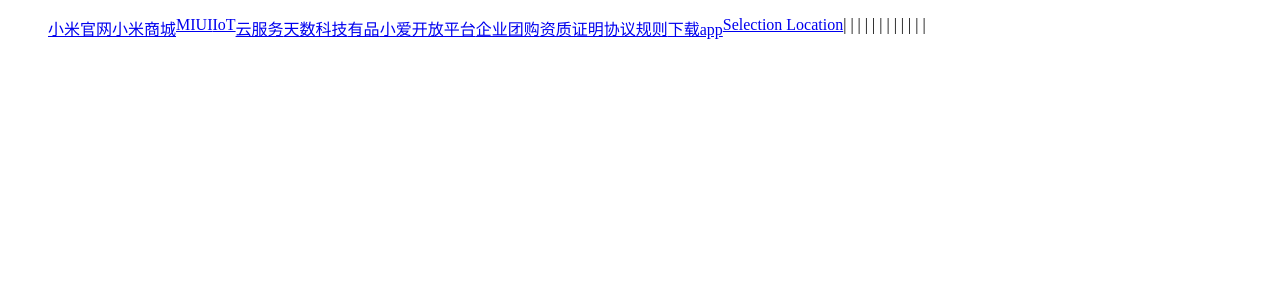
Repository: MonoYan/Mi-Homepage
Page: index.html
The author's editor kept a copy of each file at every save. The page is drawn from the files as they stood at one save, then again after a run of saves.
The browser window is 1280 px wide. The pictures show the whole page.

Above is the page before, as saved 2022-11-22 16:18:24.

After the next 3 saves:
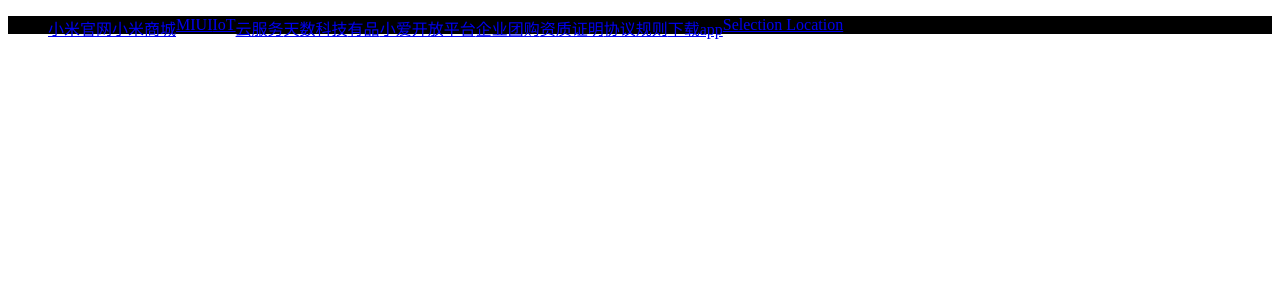
The 3 saves are shown as one change because they came seconds apart.
The last was saved 40 s later.
--- a/css/style.css
+++ b/css/style.css
@@ -2,3 +2,7 @@
     list-style: none;
     float:left;
 }
+.container
+{
+    background-color: black;
+}
